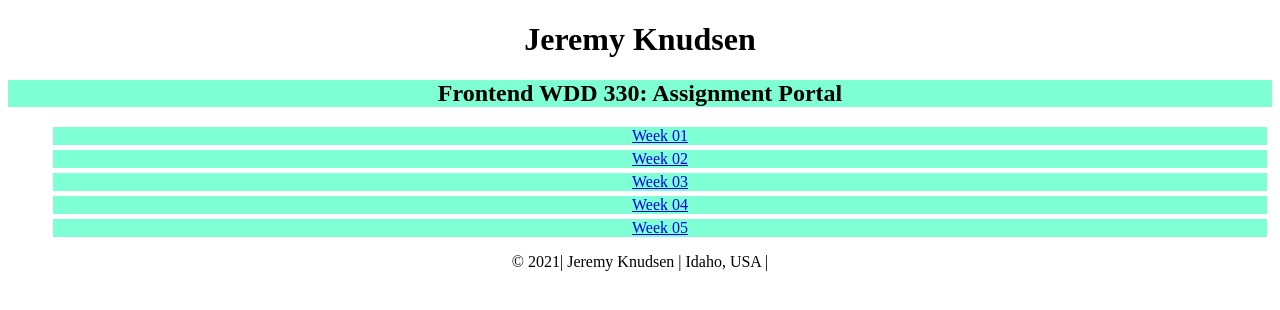
Repository: jknudsen97/WDD-330-Portfolio
Page: index.html
These files come from the project's save history. The page is drawn as it stood at one moment and after the next save; the edit follows.
The browser window is 1280 px wide. The pictures show the whole page.
The pointer rests on the first visible `li`.

Above is the page before, as saved 2021-10-20 19:21:50.

After the next save:
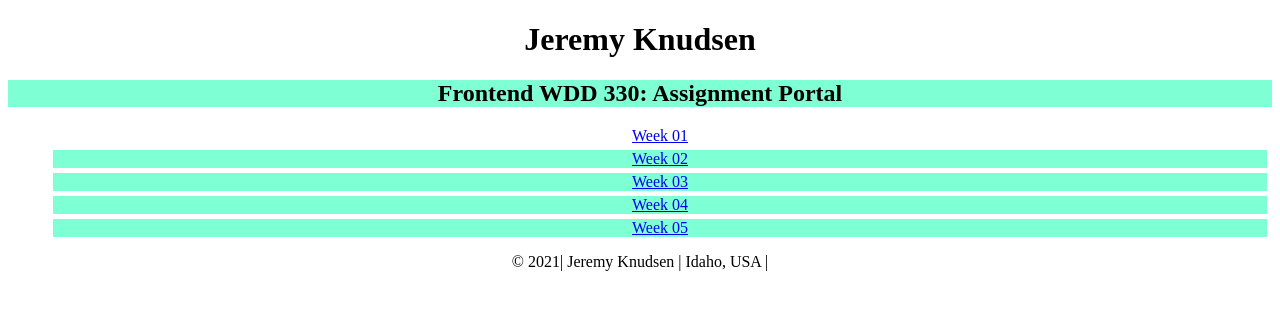
Saved 3 min 0 s later.
--- a/css/style.css
+++ b/css/style.css
@@ -15,3 +15,7 @@ li{
     margin: 5px;
     background-color: aquamarine;
 }
+
+li:hover{
+    background-color: white;
+}
